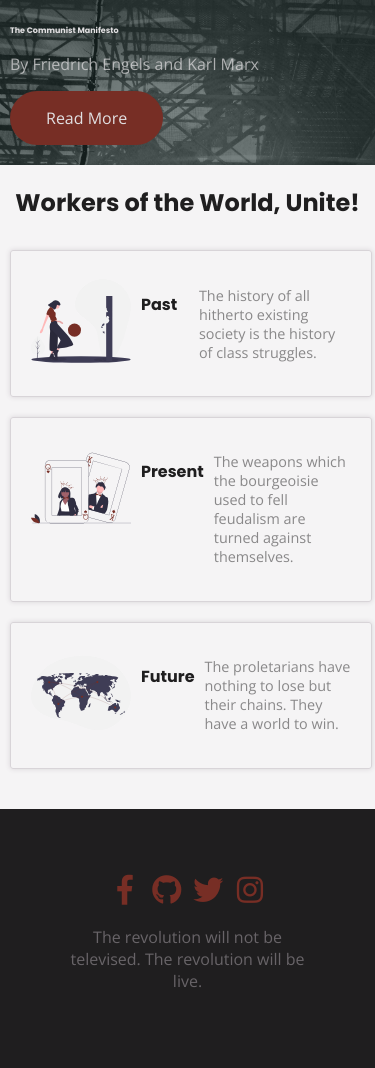
Repository: eaang/landing
Page: index.html
The author's editor kept a copy of each file at every save. The page is drawn from the files as they stood at one save, then again after the next save.
The browser window is 375 px wide. The pictures show the whole page.
Some web libraries are served in a nearby version.

Above is the page before, as saved 2020-06-10 17:19:17.

After the next save:
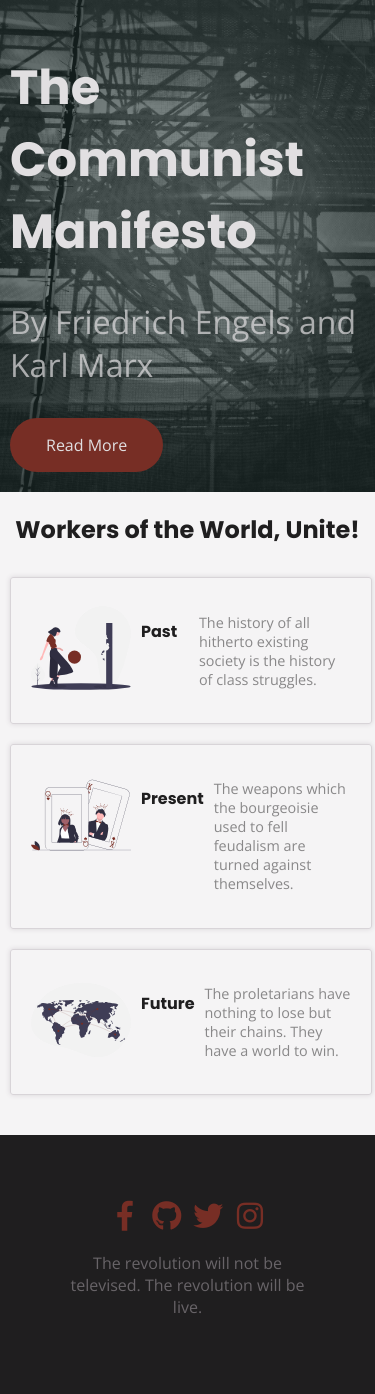
Saved 14 s later.
--- a/css/style.css
+++ b/css/style.css
@@ -160,9 +160,9 @@ a {
     padding: 20px 10px;
   }
   .banner h1 {
-    font-size: 0.5em
+    font-size: 3em
   }
   .banner p {
-    font-size: 1em
+    font-size: 2em
   }
 }
